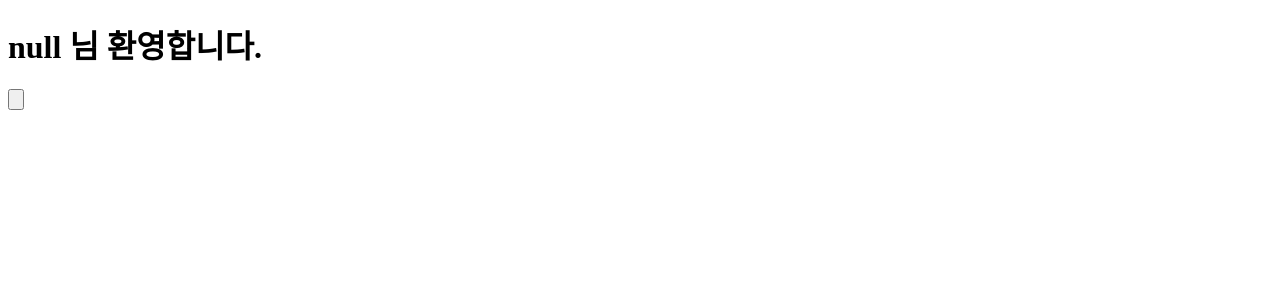
Repository: zoselakt/My_practice_JSP
Page: http://localhost/day08/login_success.jsp
These files come from the project's save history. The page is drawn as it stood at one moment and after the next save; the edit follows.
The browser window is 1280 px wide. The pictures show the whole page.
The page is served by Tomcat 9. Other server files are loaded and not shown.

Above is the page before, as saved 2022-03-03 12:59:04.

### day08/WebContent/login_success.jsp
<%@ page language="java" contentType="text/html; charset=UTF-8"
    pageEncoding="UTF-8"%>
<!DOCTYPE html>
<html>
<head>
<meta charset="UTF-8">
<title>로그인 성공</title>
</head>
<body>
	<h1>
		<%=session.getAttribute("id") %> 님 환영합니다.
	</h1>
	<input type="button" onclick="gologout()">
</body>
	<script>
		function goLogout() {
			location.href="logout.jsp";
		}
	</script>
</html>

After the next save:
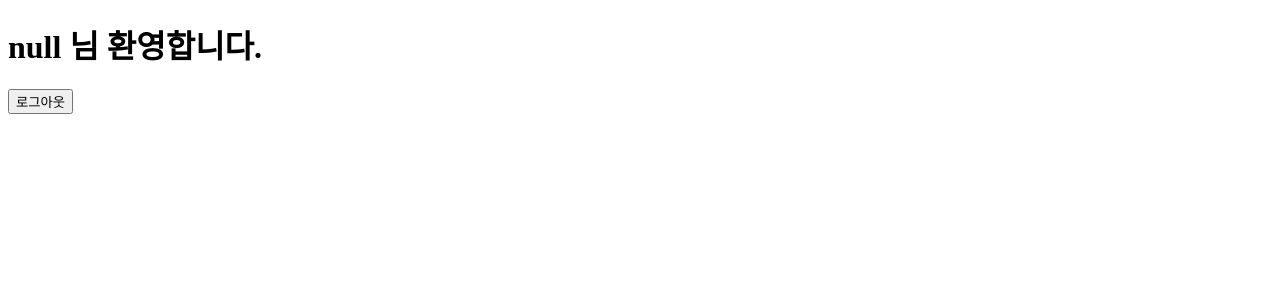
Saved 35 s later.
--- a/day08/WebContent/login_success.jsp
+++ b/day08/WebContent/login_success.jsp
@@ -10,7 +10,7 @@
 	<h1>
 		<%=session.getAttribute("id") %> 님 환영합니다.
 	</h1>
-	<input type="button" onclick="gologout()">
+	<input type="button" onclick="gologout()" value="로그아웃">
 </body>
 	<script>
 		function goLogout() {

After the 2 saves that followed:
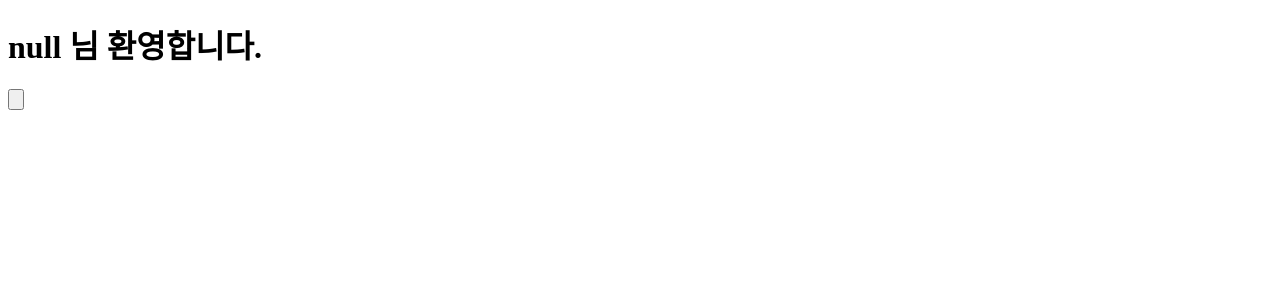
The 2 saves are shown as one change because 1 left the picture as it was.
The last was saved 61 s later.
--- a/day08/WebContent/login_success.jsp
+++ b/day08/WebContent/login_success.jsp
@@ -10,7 +10,7 @@
 	<h1>
 		<%=session.getAttribute("id") %> 님 환영합니다.
 	</h1>
-	<input type="button" onclick="gologout()" value="로그아웃">
+	<input type="button" onclick="gologout()" values="로그아웃"/>
 </body>
 	<script>
 		function goLogout() {
